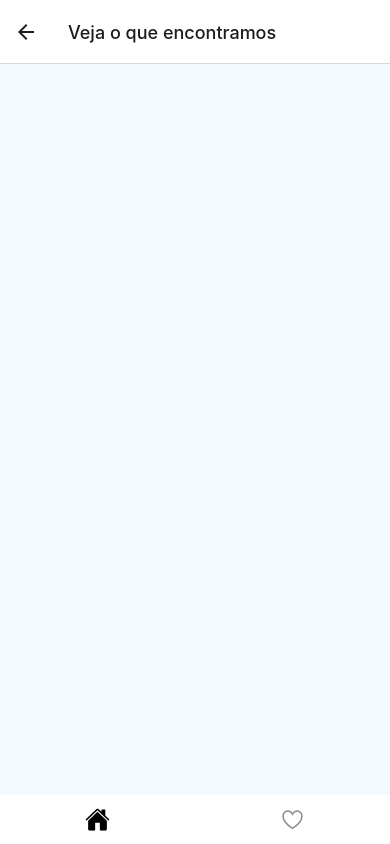
Repository: pheonix5/Receitas
Screen: /Search
The author's editor kept a copy of each file at every save. The screen is drawn from the files as they stood at one save, then again after the next save.
The page's requests for data from a server got no answer. The app was drawn by React Native's web renderer in a window 390 px wide. The project was rebuilt for these pictures with package versions that can differ from the ones it lists, and the page was loaded fresh each time. No one was signed in, and anything a server would have sent is missing. Also part of the build but not shown: src/components/foodlist/index.js, src/components/ingredients/index.js, src/components/instructions/index.js, src/components/video/index.js, src/utils/storage.js, src/pages/detail/index.js, src/pages/favorites/index.js.

Above is the screen before, as saved 2023-04-08 22:07:58.

### App.js
import { View, Text} from 'react-native';

import { NavigationContainer } from '@react-navigation/native';
import { Routes } from './src/routes'


export default function App(){
  return(
    <NavigationContainer>
      <Routes />
    </NavigationContainer>

  )
}

### src/routes/index.js
import { createBottomTabNavigator } from '@react-navigation/bottom-tabs'

import StackRoutes from './stackRoutes';
import Favorites from '../pages/favorites'

import { Ionicons } from '@expo/vector-icons'

const Tab = createBottomTabNavigator();

export function Routes(){
  return(
    <Tab.Navigator
      screenOptions={{
          headerShown: false,
          tabBarHideOnKeyboard: true,
          tabBarShowLabel: false,
          tabBarActiveTintColor: "#121212",

          tabBarStyle:{
              backgroundColor: "#FFF",
              borderTopWidth: 0
          }
      }}

    >

        <Tab.Screen
          name='HomeTab'
          component={StackRoutes}
          options={{
              tabBarIcon: ({ color, size, focused }) => {
                  if (focused){
                    return <Ionicons name='home' color="#000" size={size}/>
                  }

                  return <Ionicons name='home-outline' color={color} size={size}/>
              }
          }}
        />

        <Tab.Screen
          name='Favorites'
          component={Favorites}
          options={{
              tabBarIcon: ({ color, size, focused }) => {
                  if (focused){
                      return <Ionicons name='heart' color="#FF4141" size={size}/>
                  }

                  return <Ionicons name='heart-outline' color={color} size={size}/>
              }
          }}
        />

    </Tab.Navigator>
  )
}

### src/routes/stackRoutes.js
import { createNativeStackNavigator } from '@react-navigation/native-stack'

import Home from '../pages/home'
import Detail from '../pages/detail'
import Search from '../pages/search'

const Stack = createNativeStackNavigator();

export default function StackRoutes(){
  return(
    <Stack.Navigator>

      <Stack.Screen
        name='Home'
        component={Home}
        options={{
          headerShown: false,
        }}
      />

      <Stack.Screen
        name='Detail'
        component={Detail}
        options={{
          title: "Detalhes da receita"
        }}
      />

      <Stack.Screen
        name='Search'
        component={Search}
        options={{
          title: "Veja o que encontramos"
        }}
      />

    </Stack.Navigator>
  )
}

### src/pages/home/index.js
import React, { useState, useEffect } from 'react';
import {
  View,
  Text,
  StyleSheet,
  SafeAreaView,
  TextInput,
  TouchableOpacity,
  FlatList } from 'react-native'

import { Ionicons } from '@expo/vector-icons'

import Logo from '../../components/logo'
import api from '../../services/api'
import FoodList from '../../components/foodlist';

import { useNavigation } from '@react-navigation/native'

export default function Home(){
    const [inputValue, setInputValue] = useState("")
    const [foods, setFoods] = useState([]);

    const navigation = useNavigation();

    function handleSearch(){
       if(!inputValue) return;

       let input = inputValue;
       navigation.navigate("Search", { name: input });
       setInputValue('')
    }

    useEffect(() => {
     async function fetchApi(){
        const response = await api.get("/foods")
        setFoods(response.data);
      }

      fetchApi();
    }, [])

    return(
      <SafeAreaView style={styles.container}>
        <Logo/>
        <Text style={styles.title}>Encontre a receita</Text>
        <Text style={styles.title}>que combina com você</Text>

        <View style={styles.form}>
          <TextInput
              value={inputValue}
              onChangeText={ (text) => setInputValue(text)}
              placeholder="Digite o nome da camida.."
              style={styles.input}
          />

          <TouchableOpacity onPress={handleSearch}>
            <Ionicons name="search" size={28} color="#4CBE6C"/>
          </TouchableOpacity>
        </View>

        <FlatList
          data={foods}
          keyExtractor={ (item) => String(item.id)}
          renderItem={ ({ item }) => <FoodList data={item} /> }
          showsVerticalScrollIndicator={false}
        />

      </SafeAreaView>
    )
}

const styles = StyleSheet.create({
  container:{
    flex: 1,
    backgroundColor: '#f2f9ff',
    paddingTop: 36,
    paddingStart: 14,
    paddingEnd: 14
  },
  title:{
    fontSize: 26,
    fontWeight: 'bold',
    color: '#0e0e0e'
  },
  form:{
    backgroundColor: '#FFF',
    width: '100%',
    borderRadius: 8,
    marginTop: 16,
    marginBottom: 16,
    borderWidth: 1,
    borderColor: '#ECECEC',
    paddingLeft: 8,
    paddingRight: 8,
    flexDirection: "row",
    alignItems: 'center',
    justifyContent: 'space-between'
  },
  input:{
    width: '90%',
    maxWidth:'90%',
    height: 54,
  }
})

### src/pages/search/index.js
import React, { useState, useEffect } from "react";
import { View, Text, StyleSheet, FlatList } from 'react-native'
import { useRoute } from '@react-navigation/native'

import api from '../../services/api'
import FoodList from '../../components/foodlist';

export default function Search({  }){
    const route = useRoute();
    const [receipes, setReceipes] = useState([]);


    useEffect(() => {
      async function fetchReceipes(){
        const response = await api.get(`/foods?name_like=${route.params?.name}`)
        setReceipes(response.data);
      }

      fetchReceipes();

    }, [route.params?.name])

    return(
        <View style={styles.container}>
           <FlatList
              showsVerticalScrollIndicator={false}
              data={receipes}
              keyExtractor={ (item) => String(item.id)}
              renderItem={ ({ item }) => <FoodList data={item}/>}
            />
        </View>
    )
}

const styles = StyleSheet.create({
    container:{
      flex: 1,
      backgroundColor: '#f3f9ff',
      paddingStart: 14,
      paddingEnd: 14,
      paddingTop: 14
    }
})

### src/components/logo/index.js
import { View, Text, StyleSheet } from 'react-native'

export default function Logo(){
    return(
        <View style={styles.logoArea}>
            <Text style={styles.logo}>
                Receita fácil
            </Text>
        </View>
    )
}

const styles = StyleSheet.create({
    logoArea:{
        backgroundColor: '#4CBE6C',
        alignSelf: 'flex-start',
        padding: 8,
        paddingLeft: 16,
        paddingRight: 20,
        borderTopRightRadius: 8,
        borderBottomLeftRadius: 8,
        borderTopLeftRadius: 8,
        borderBottomRightRadius: 32,
        marginBottom: 8
    },
    logo:{
        fontSize: 18,
        fontWeight: 'bold',
        color: "#FFF",
    }
})

### src/services/api.js
import axios from 'axios';


/*
    // Rodar com IPV4: json-server --watch -d 180 --host seu ip db.json

*/

const api = axios.create({
    baseURL: 'http://192.168.1.9:3000/'
})

export default api;

After the next save:
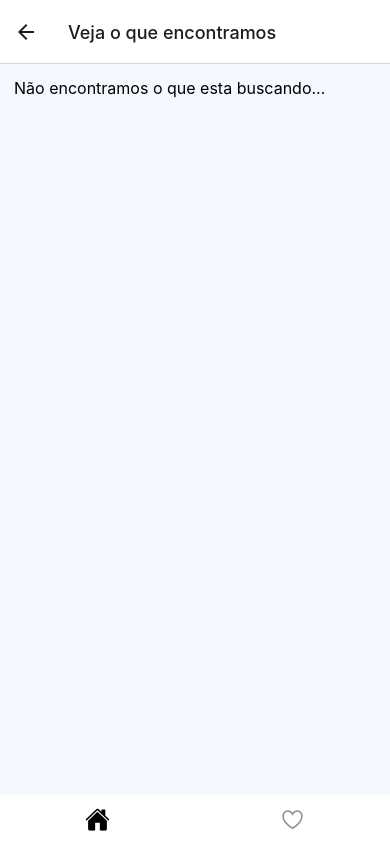
Saved 119 s later.
--- a/src/pages/search/index.js
+++ b/src/pages/search/index.js
@@ -27,6 +27,7 @@ export default function Search({  }){
               data={receipes}
               keyExtractor={ (item) => String(item.id)}
               renderItem={ ({ item }) => <FoodList data={item}/>}
+              ListEmptyComponent={() => <Text style={styles.text}>Não encontramos o que esta buscando...</Text>}
             />
         </View>
     )
@@ -39,5 +40,8 @@ const styles = StyleSheet.create({
       paddingStart: 14,
       paddingEnd: 14,
       paddingTop: 14
+    },
+    text:{
+      fontSize: 16
     }
 })
